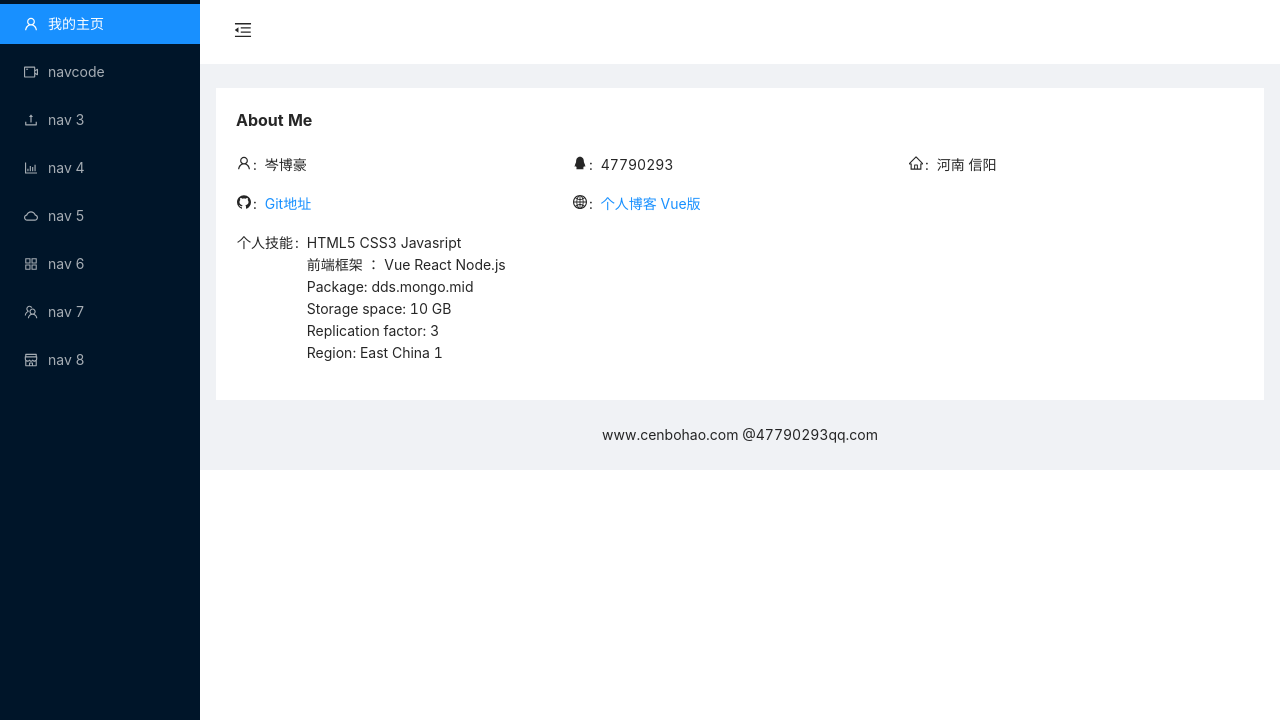
Repository: CBH20010703/bolgsweb
Page: /index (app in blogs/)
The author's editor kept a copy of each file at every save. The page is drawn from the files as they stood at one save, then again after the next save.
The browser window is 1280 px wide. The pictures show the whole page.
The project was rebuilt for these pictures with package versions that can differ from the ones it lists, and the page was loaded fresh each time. Also part of the build but not shown: blogs/src/view/Login/Login.jsx, blogs/src/component/Menu/MenuList.css, blogs/src/view/Home/Home.css, blogs/src/view/NavCode/NavCode.css, blogs/src/view/NavCode/NavCode.jsx, blogs/src/view/404/Error.jsx.

Above is the page before, as saved 2021-06-27 22:25:02.

### blogs/src/index.js
import React from 'react';
import ReactDOM from 'react-dom';
import './index.css';
import App from './App';
import { BrowserRouter} from 'react-router-dom'


ReactDOM.render(<BrowserRouter><App /></BrowserRouter>,document.getElementById('root'));

### blogs/src/App.js
import './App.css';
import { React, Component } from "react";

import  RouterMap from "./router/RouterMap"
export default class  App extends Component {
  constructor(props) {
    super(props);
    this.state = {  collapsed: false, }
  }
  toggle = (data) => {
     console.log(data)
    this.setState({
      collapsed: data,
    });
  };
  render() {
    return (
      <RouterMap/>
    );
  }
}

### blogs/src/router/RouterMap.js
import React from 'react'
import {  Route, Switch} from 'react-router-dom'
import Login from "../view/Login/Login"
import Context from '../view/context/context'
import Error from '../view/404/Error'
export default class RouterMap  extends React.Component {
    render() {
        return (


            <Switch>
                 <Route  path="/"  component={Context}/>
                <Route path="/login" component={Login} />

                    <Route path="*" component={Error} />

               </Switch>


        )
    }
}

### blogs/src/view/context/context.jsx

import { React, Component } from "react";
import Headers from '../../component/Header/Headers';
import MenuList from '../../component/Menu/MenuList';
import Footers from '../../component/Footer/Footers';

import { Layout } from 'antd';
import { Redirect, Route, Switch } from 'react-router-dom'
import Home from "../Home/Home.jsx";
import Navcode from "../NavCode/NavCode.jsx"
import Error from "../404/Error";
const { Content, Sider } = Layout;
export default class Context extends Component {
  constructor(props) {
    super(props);
    this.state = { collapsed: false, }
  }
  toggle = (data) => {
    console.log(data)
    this.setState({
      collapsed: data,
    });
  };
  render() {
    return (

      <Layout>
        <Sider trigger={null} collapsible collapsed={this.state.collapsed}
          style={{
            overflow: 'auto',
            height: '100vh',
            position: 'fixed',
            left: 0,
          }}
        >
          <MenuList />
        </Sider>
        <Layout className="site-layout" style={{ paddingLeft: this.state.collapsed ? "60px" : "200px", transition: "0.1s ease" }}>
          <Headers toggle={this.toggle} parent={this.state.collapsed}></Headers>
          <Content style={{ margin: '24px 16px 0', height: "auto", background: "#fff" }}>
            <Switch>
              <Route path="/index" component={Home} />
              <Route path="/NavCode" component={Navcode} />
              <Route path="*" component={Error} />
              <Redirect to="/index"></Redirect>
            </Switch>
          </Content>
          <Footers />
        </Layout>
      </Layout>


    );
  }
}

### blogs/src/component/Header/Headers.jsx
import React, { Component } from 'react'
import { Layout } from 'antd';


import {
  MenuUnfoldOutlined,
  MenuFoldOutlined,
} from '@ant-design/icons';
import "./Headers.css"
const { Header } = Layout;
export default class Headers extends Component {
    constructor(props) {
        super(props)
        this.state = {
            isShow:false
        }
    }
    Tab = () => {
        let { isShow } = this.state;
        this.setState({
            isShow:!isShow
        })
        this.props.toggle(!isShow);

    }
    render() {

        return (

                <Header className="site-layout-background" style={{ paddingLeft:"10px" }} >
                     {React.createElement(this.state.isShow ? MenuUnfoldOutlined : MenuFoldOutlined, {
              className: 'trigger',
                         onClick: this.Tab,

            })}
                </Header>

        )
    }
}

### blogs/src/component/Menu/MenuList.jsx
import React, { Component } from 'react'
import { Menu } from 'antd';
import {Link} from 'react-router-dom'
import "./MenuList.css"
import {
  AppstoreOutlined,
  BarChartOutlined,
  CloudOutlined,
  ShopOutlined,
  TeamOutlined,
  UserOutlined,
  UploadOutlined,
  VideoCameraOutlined,
} from '@ant-design/icons';
export default class MenuList extends Component {
  render() {
    return (

         <Menu theme="dark" mode="inline" defaultSelectedKeys={['1']}>
          <Menu.Item key="1"  icon={<UserOutlined />}>
          <Link to="/index"> 我的主页
            </Link>

          </Menu.Item>
          <Menu.Item key="2" icon={<VideoCameraOutlined />}>
          <Link to="/NavCode"> navcode
            </Link>

          </Menu.Item>
          <Menu.Item key="3" icon={<UploadOutlined />}>
            nav 3
          </Menu.Item>
          <Menu.Item key="4" icon={<BarChartOutlined />}>
            nav 4
          </Menu.Item>
          <Menu.Item key="5" icon={<CloudOutlined />}>
            nav 5
          </Menu.Item>
          <Menu.Item key="6" icon={<AppstoreOutlined />}>
            nav 6
          </Menu.Item>
          <Menu.Item key="7" icon={<TeamOutlined />}>
            nav 7
          </Menu.Item>
          <Menu.Item key="8" icon={<ShopOutlined />}>
            nav 8
          </Menu.Item>
        </Menu>
    )
  }
}

### blogs/src/component/Footer/Footers.jsx
import React, { Component } from 'react'
import { Layout } from 'antd';
const {  Footer } = Layout;
export default class Footers extends Component {
    render() {
        return (
            <div>
               <Footer style={{ textAlign: 'center' }}>www.cenbohao.com @47790293qq.com</Footer>
            </div>
        )
    }
}

### blogs/src/view/Home/Home.jsx
import React, { Component } from 'react'
import "./Home.css"
import { Descriptions } from 'antd';
import { UserOutlined, QqOutlined, HomeOutlined, GithubOutlined, GlobalOutlined } from '@ant-design/icons';
export default class Home extends Component {

    handleClick = e => {
        console.log('click ', e);
    };
    render() {
        return (

            <div style={{ padding: "20px" }}>
                <Descriptions title="About Me">
                    <Descriptions.Item label={<UserOutlined />}>岑博豪</Descriptions.Item>
                    <Descriptions.Item label={<QqOutlined />}>47790293</Descriptions.Item>
                    <Descriptions.Item label={<HomeOutlined />}>河南 信阳</Descriptions.Item>
                    <Descriptions.Item label={<GithubOutlined />}><a href="https://github.com/CBH20010703"  >Git地址</a></Descriptions.Item>
                    <Descriptions.Item label={<GlobalOutlined />} span={2}>
                        <a href="http://www.cenbohao.com/">个人博客 Vue版</a>
                    </Descriptions.Item>
                    <Descriptions.Item label="个人技能">
                        HTML5 CSS3 Javasript
                        <br />
                        前端框架 ： Vue React Node.js
                        <br />
                        Package: dds.mongo.mid
                        <br />
                        Storage space: 10 GB
                        <br />
                        Replication factor: 3
                        <br />
                        Region: East China 1<br />
                    </Descriptions.Item>
                </Descriptions>
            </div>

        )
    }
}

### blogs/src/component/Header/Headers.css
.site-layout .site-layout-background {
    background: #fff;
}

 .trigger {
    padding: 0 24px;
    font-size: 18px;
    line-height: 64px;
    cursor: pointer;
    transition: color 0.3s;
}

 .trigger:hover {
    color: #1890ff;
}

Loaded but not shown: blogs/public/index.html (common file); blogs/src/index.css (common file); blogs/src/App.css (common file)

After the next save:
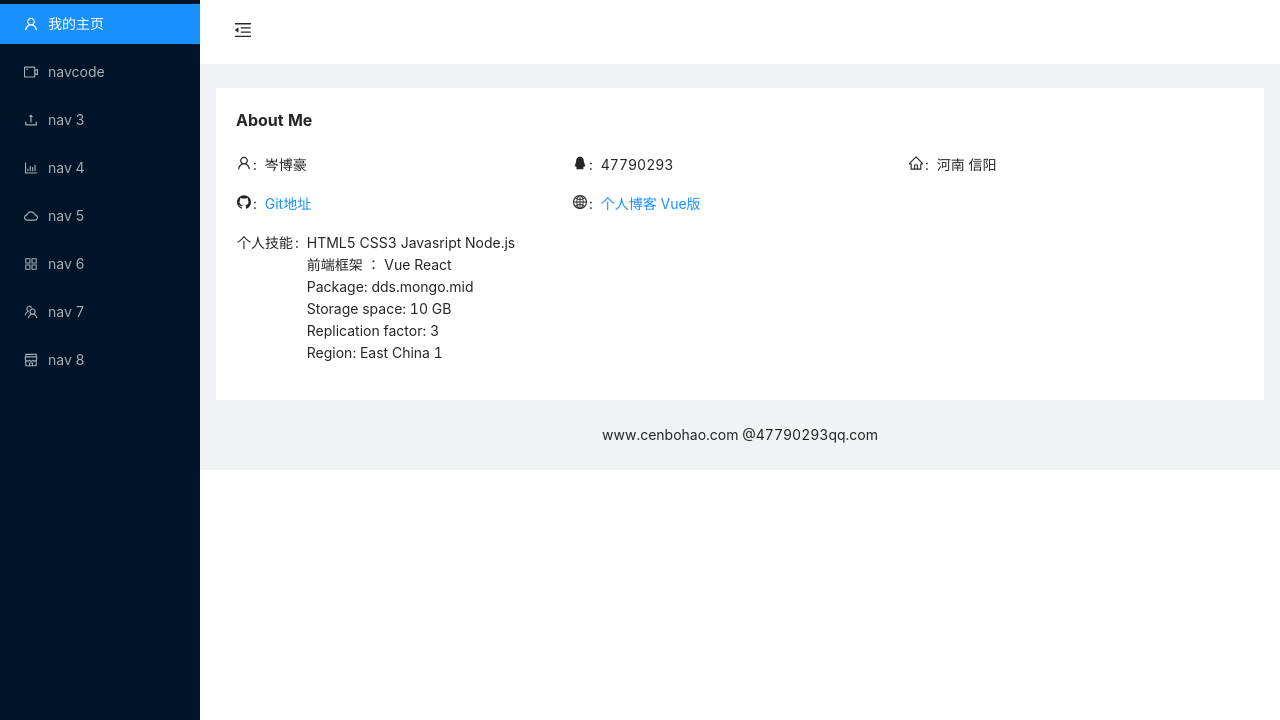
Saved 4 s later.
--- a/blogs/src/view/Home/Home.jsx
+++ b/blogs/src/view/Home/Home.jsx
@@ -20,9 +20,9 @@ export default class Home extends Component {
                         <a href="http://www.cenbohao.com/">个人博客 Vue版</a>
                     </Descriptions.Item>
                     <Descriptions.Item label="个人技能">
-                        HTML5 CSS3 Javasript
+                        HTML5 CSS3 Javasript  Node.js
                         <br />
-                        前端框架 ： Vue React Node.js
+                        前端框架 ： Vue React
                         <br />
                         Package: dds.mongo.mid
                         <br />
